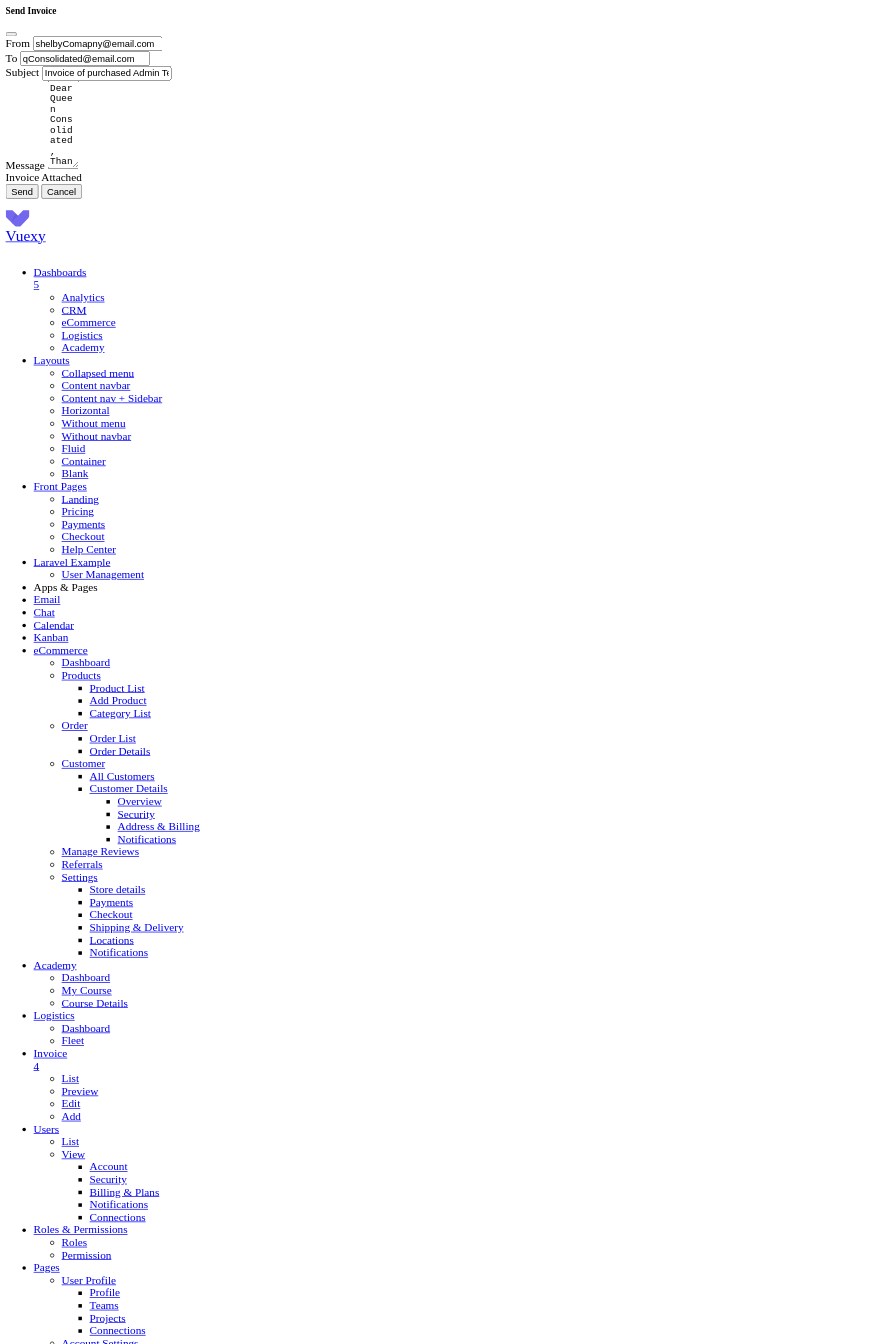
Repository: fahritech04/full-version-vuexy
Page: http://localhost/app/invoice/preview
An editor plug-in stored every save of this project. The page is shown before and after the next save, followed by the edit.
The browser window is 1280 px wide. The pictures show the part of the page from y = 0 to 1920 px (the page is 7126 px tall before and 6890 px after), at 70% of full size.
Some web fonts or font styles are not loaded; a fallback is used. The page is served by the project's Laravel application, run on PHP 8.4 with Laravel 10. Other server files are loaded and not shown.

Above is the page before, as saved 2024-04-03 12:00:18.
Console error: ReferenceError: TemplateCustomizer is not defined

### resources/views/content/apps/app-invoice-preview.blade.php
@extends('layouts/layoutMaster')

@section('title', 'Preview - Invoice')

@section('vendor-style')
<link rel="stylesheet" href="{{asset('assets/vendor/libs/flatpickr/flatpickr.css')}}" />
@endsection

@section('page-style')
<link rel="stylesheet" href="{{asset('assets/vendor/css/pages/app-invoice.css')}}" />
@endsection

@section('page-script')
<script src="{{asset('assets/js/offcanvas-add-payment.js')}}"></script>
<script src="{{asset('assets/js/offcanvas-send-invoice.js')}}"></script>
@endsection

@section('vendor-script')
<script src="{{asset('assets/vendor/libs/moment/moment.js')}}"></script>
<script src="{{asset('assets/vendor/libs/flatpickr/flatpickr.js')}}"></script>
<script src="{{asset('assets/vendor/libs/cleavejs/cleave.js')}}"></script>
<script src="{{asset('assets/vendor/libs/cleavejs/cleave-phone.js')}}"></script>
@endsection

@section('content')

<div class="row invoice-preview">
  <!-- Invoice -->
  <div class="col-xl-9 col-md-8 col-12 mb-md-0 mb-4">
    <div class="card invoice-preview-card">
      <div class="card-body">
        <div class="d-flex justify-content-between flex-xl-row flex-md-column flex-sm-row flex-column m-sm-3 m-0">
          <div class="mb-xl-0 mb-4">
            <div class="d-flex svg-illustration mb-4 gap-2 align-items-center">
              @include('_partials.macros',["height"=>20,"withbg"=>''])
              <span class="app-brand-text fw-bold fs-4">
                {{ config('variables.templateName') }}
              </span>
            </div>
            <p class="mb-2">Office 149, 450 South Brand Brooklyn</p>
            <p class="mb-2">San Diego County, CA 91905, USA</p>
            <p class="mb-0">+1 (123) 456 7891, +44 (876) 543 2198</p>
          </div>
          <div>
            <h4 class="fw-medium mb-2">INVOICE #86423</h4>
            <div class="mb-2 pt-1">
              <span>Date Issues:</span>
              <span class="fw-medium">April 25, 2021</span>
            </div>
            <div class="pt-1">
              <span>Date Due:</span>
              <span class="fw-medium">May 25, 2021</span>
            </div>
          </div>
        </div>
      </div>
      <hr class="my-0" />
      <div class="card-body">
        <div class="row p-sm-3 p-0">
          <div class="col-xl-6 col-md-12 col-sm-5 col-12 mb-xl-0 mb-md-4 mb-sm-0 mb-4">
            <h6 class="mb-3">Invoice To:</h6>
            <p class="mb-1">Thomas shelby</p>
            <p class="mb-1">Shelby Company Limited</p>
            <p class="mb-1">Small Heath, B10 0HF, UK</p>
            <p class="mb-1">718-986-6062</p>
            <p class="mb-0">peakyFBlinders@gmail.com</p>
          </div>
          <div class="col-xl-6 col-md-12 col-sm-7 col-12">
            <h6 class="mb-4">Bill To:</h6>
            <table>
              <tbody>
                <tr>
                  <td class="pe-4">Total Due:</td>
                  <td class="fw-medium">$12,110.55</td>
                </tr>
                <tr>
                  <td class="pe-4">Bank name:</td>
                  <td>American Bank</td>
                </tr>
                <tr>
                  <td class="pe-4">Country:</td>
                  <td>United States</td>
                </tr>
                <tr>
                  <td class="pe-4">IBAN:</td>
                  <td>ETD95476213874685</td>
                </tr>
                <tr>
                  <td class="pe-4">SWIFT code:</td>
                  <td>BR91905</td>
                </tr>
              </tbody>
            </table>
          </div>
        </div>
      </div>
      <div class="table-responsive border-top">
        <table class="table m-0">
          <thead>
            <tr>
              <th>Item</th>
              <th>Description</th>
              <th>Cost</th>
              <th>Qty</th>
              <th>Price</th>
            </tr>
          </thead>
          <tbody>
            <tr>
              <td class="text-nowrap">Vuexy Admin Template</td>
              <td class="text-nowrap">HTML Admin Template</td>
              <td>$32</td>
              <td>1</td>
              <td>$32.00</td>
            </tr>
            <tr>
              <td class="text-nowrap">Frest Admin Template</td>
              <td class="text-nowrap">Angular Admin Template</td>
              <td>$22</td>
              <td>1</td>
              <td>$22.00</td>
            </tr>
            <tr>
              <td class="text-nowrap">Apex Admin Template</td>
              <td class="text-nowrap">HTML Admin Template</td>
              <td>$17</td>
              <td>2</td>
              <td>$34.00</td>
            </tr>
            <tr>
              <td class="text-nowrap">Robust Admin Template</td>
              <td class="text-nowrap">React Admin Template</td>
              <td>$66</td>
              <td>1</td>
              <td>$66.00</td>
            </tr>
            <tr>
              <td colspan="3" class="align-top px-4 py-4">
                <p class="mb-2 mt-3">
                  <span class="ms-3 fw-medium">Salesperson:</span>
                  <span>Alfie Solomons</span>
                </p>
                <span class="ms-3">Thanks for your business</span>
              </td>
              <td class="text-end pe-3 py-4">
                <p class="mb-2 pt-3">Subtotal:</p>
                <p class="mb-2">Discount:</p>
                <p class="mb-2">Tax:</p>
                <p class="mb-0 pb-3">Total:</p>
              </td>
              <td class="ps-2 py-4">
                <p class="fw-medium mb-2 pt-3">$154.25</p>
                <p class="fw-medium mb-2">$00.00</p>
                <p class="fw-medium mb-2">$50.00</p>
                <p class="fw-medium mb-0 pb-3">$204.25</p>
              </td>
            </tr>
          </tbody>
        </table>
      </div>

      <div class="card-body mx-3">
        <div class="row">
          <div class="col-12">
            <span class="fw-medium">Note:</span>
            <span>It was a pleasure working with you and your team. We hope you will keep us in mind for future freelance
              projects. Thank You!</span>
          </div>
        </div>
      </div>
    </div>
  </div>
  <!-- /Invoice -->

  <!-- Invoice Actions -->
  <div class="col-xl-3 col-md-4 col-12 invoice-actions">
    <div class="card">
      <div class="card-body">
        <button class="btn btn-primary d-grid w-100 mb-2" data-bs-toggle="offcanvas" data-bs-target="#sendInvoiceOffcanvas">
          <span class="d-flex align-items-center justify-content-center text-nowrap"><i class="ti ti-send ti-xs me-2"></i>Send Invoice</span>
        </button>
        <button class="btn btn-label-secondary d-grid w-100 mb-2">
          Download
        </button>
        <a class="btn btn-label-secondary d-grid w-100 mb-2" target="_blank" href="{{url('app/invoice/print')}}">
          Print
        </a>
        <a href="{{url('app/invoice/edit')}}" class="btn btn-label-secondary d-grid w-100 mb-2">
          Edit Invoice
        </a>
        <button class="btn btn-primary d-grid w-100" data-bs-toggle="offcanvas" data-bs-target="#addPaymentOffcanvas">
          <span class="d-flex align-items-center justify-content-center text-nowrap"><i class="ti ti-currency-dollar ti-xs me-2"></i>Add Payment</span>
        </button>
      </div>
    </div>
  </div>
  <!-- /Invoice Actions -->
</div>

<!-- Offcanvas -->
@include('_partials/_offcanvas/offcanvas-send-invoice')
@include('_partials/_offcanvas/offcanvas-add-payment')
<!-- /Offcanvas -->
@endsection


<!-- Send Invoice Sidebar -->
<div class="offcanvas offcanvas-end" id="sendInvoiceOffcanvas" aria-hidden="true">
  <div class="offcanvas-header my-1">
    <h5 class="offcanvas-title">Send Invoice</h5>
    <button type="button" class="btn-close text-reset" data-bs-dismiss="offcanvas" aria-label="Close"></button>
  </div>
  <div class="offcanvas-body pt-0 flex-grow-1">
    <form>
      <div class="mb-3">
        <label for="invoice-from" class="form-label">From</label>
        <input type="text" class="form-control" id="invoice-from" value="shelbyComapny@email.com" placeholder="company@email.com" />
      </div>
      <div class="mb-3">
        <label for="invoice-to" class="form-label">To</label>
        <input type="text" class="form-control" id="invoice-to" value="qConsolidated@email.com" placeholder="company@email.com" />
      </div>
      <div class="mb-3">
        <label for="invoice-subject" class="form-label">Subject</label>
        <input type="text" class="form-control" id="invoice-subject" value="Invoice of purchased Admin Templates" placeholder="Invoice regarding goods" />
      </div>
      <div class="mb-3">
        <label for="invoice-message" class="form-label">Message</label>
        <textarea class="form-control" name="invoice-message" id="invoice-message" cols="3" rows="8">Dear Queen Consolidated,
          Thank you for your business, always a pleasure to work with you!
          We have generated a new invoice in the amount of $95.59
          We would appreciate payment of this invoice by 05/11/2021</textarea>
      </div>
      <div class="mb-4">
        <span class="badge bg-label-primary">
          <i class="ti ti-link ti-xs"></i>
          <span class="align-middle">Invoice Attached</span>
        </span>
      </div>
      <div class="mb-3 d-flex flex-wrap">
        <button type="button" class="btn btn-primary me-3" data-bs-dismiss="offcanvas">Send</button>
        <button type="button" class="btn btn-label-secondary" data-bs-dismiss="offcanvas">Cancel</button>
      </div>
    </form>
  </div>
</div>
<!-- /Send Invoice Sidebar -->

Loaded but not shown: app/Http/Controllers/apps/InvoicePreview.php (common file); app/Http/Controllers/Controller.php (common file); resources/views/layouts/layoutMaster.blade.php (common file); resources/views/layouts/contentNavbarLayout.blade.php (common file); resources/views/layouts/sections/menu/submenu.blade.php (common file); public/assets/js/offcanvas-add-payment.js (common file); public/assets/js/offcanvas-send-invoice.js (common file); resources/menu/horizontalMenu.json (1131 lines, source omitted); resources/menu/verticalMenu.json (1097 lines, source omitted); lang/en.json (176 lines, source omitted); public/assets/js/main.js (616 lines, source omitted); public/assets/js/config.js (52 lines, source omitted); resources/views/layouts/sections/navbar/navbar.blade.php (523 lines, source omitted); app/Helpers/Helpers.php (190 lines, source omitted); public/assets/css/demo.css (129 lines, source omitted); resources/views/layouts/commonMaster.blade.php (54 lines, source omitted); resources/views/layouts/sections/menu/verticalMenu.blade.php (87 lines, source omitted); resources/views/_partials/_offcanvas/offcanvas-add-payment.blade.php (46 lines, source omitted); resources/views/layouts/sections/scriptsIncludes.blade.php (45 lines, source omitted); resources/views/layouts/sections/footer/footer.blade.php (25 lines, source omitted); resources/views/layouts/sections/styles.blade.php (23 lines, source omitted); resources/views/layouts/sections/scripts.blade.php (21 lines, source omitted); resources/views/_partials/macros.blade.php (6 lines, source omitted); routes/web.php (359 lines, source omitted); resources/views/_partials/_offcanvas/offcanvas-send-invoice.blade.php (no stored copy; drawn as an empty file)

After the next save:
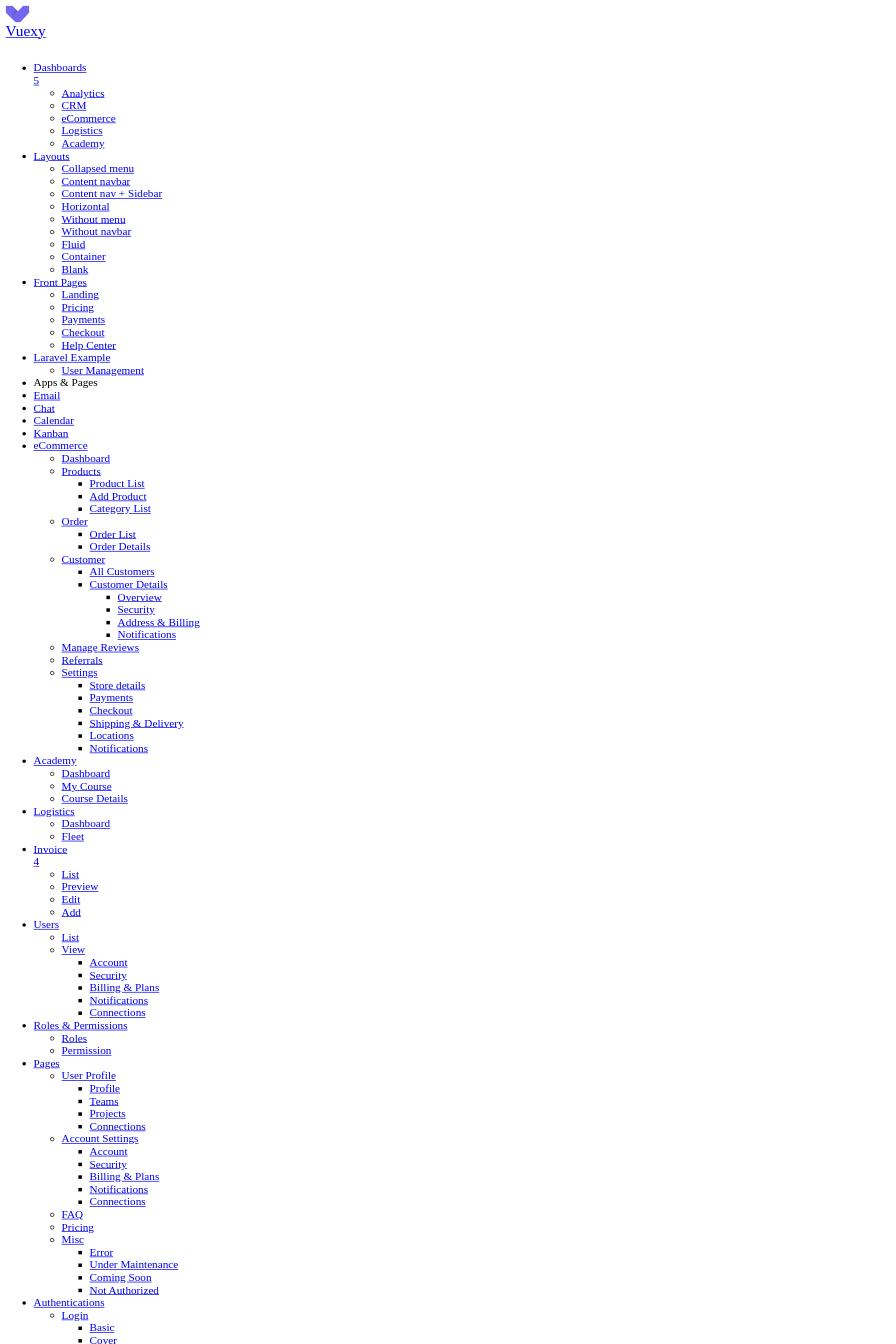
Saved 17 s later.
--- a/resources/views/content/apps/app-invoice-preview.blade.php
+++ b/resources/views/content/apps/app-invoice-preview.blade.php
@@ -202,46 +202,3 @@
 @include('_partials/_offcanvas/offcanvas-add-payment')
 <!-- /Offcanvas -->
 @endsection
-
-
-<!-- Send Invoice Sidebar -->
-<div class="offcanvas offcanvas-end" id="sendInvoiceOffcanvas" aria-hidden="true">
-  <div class="offcanvas-header my-1">
-    <h5 class="offcanvas-title">Send Invoice</h5>
-    <button type="button" class="btn-close text-reset" data-bs-dismiss="offcanvas" aria-label="Close"></button>
-  </div>
-  <div class="offcanvas-body pt-0 flex-grow-1">
-    <form>
-      <div class="mb-3">
-        <label for="invoice-from" class="form-label">From</label>
-        <input type="text" class="form-control" id="invoice-from" value="shelbyComapny@email.com" placeholder="company@email.com" />
-      </div>
-      <div class="mb-3">
-        <label for="invoice-to" class="form-label">To</label>
-        <input type="text" class="form-control" id="invoice-to" value="qConsolidated@email.com" placeholder="company@email.com" />
-      </div>
-      <div class="mb-3">
-        <label for="invoice-subject" class="form-label">Subject</label>
-        <input type="text" class="form-control" id="invoice-subject" value="Invoice of purchased Admin Templates" placeholder="Invoice regarding goods" />
-      </div>
-      <div class="mb-3">
-        <label for="invoice-message" class="form-label">Message</label>
-        <textarea class="form-control" name="invoice-message" id="invoice-message" cols="3" rows="8">Dear Queen Consolidated,
-          Thank you for your business, always a pleasure to work with you!
-          We have generated a new invoice in the amount of $95.59
-          We would appreciate payment of this invoice by 05/11/2021</textarea>
-      </div>
-      <div class="mb-4">
-        <span class="badge bg-label-primary">
-          <i class="ti ti-link ti-xs"></i>
-          <span class="align-middle">Invoice Attached</span>
-        </span>
-      </div>
-      <div class="mb-3 d-flex flex-wrap">
-        <button type="button" class="btn btn-primary me-3" data-bs-dismiss="offcanvas">Send</button>
-        <button type="button" class="btn btn-label-secondary" data-bs-dismiss="offcanvas">Cancel</button>
-      </div>
-    </form>
-  </div>
-</div>
-<!-- /Send Invoice Sidebar -->
